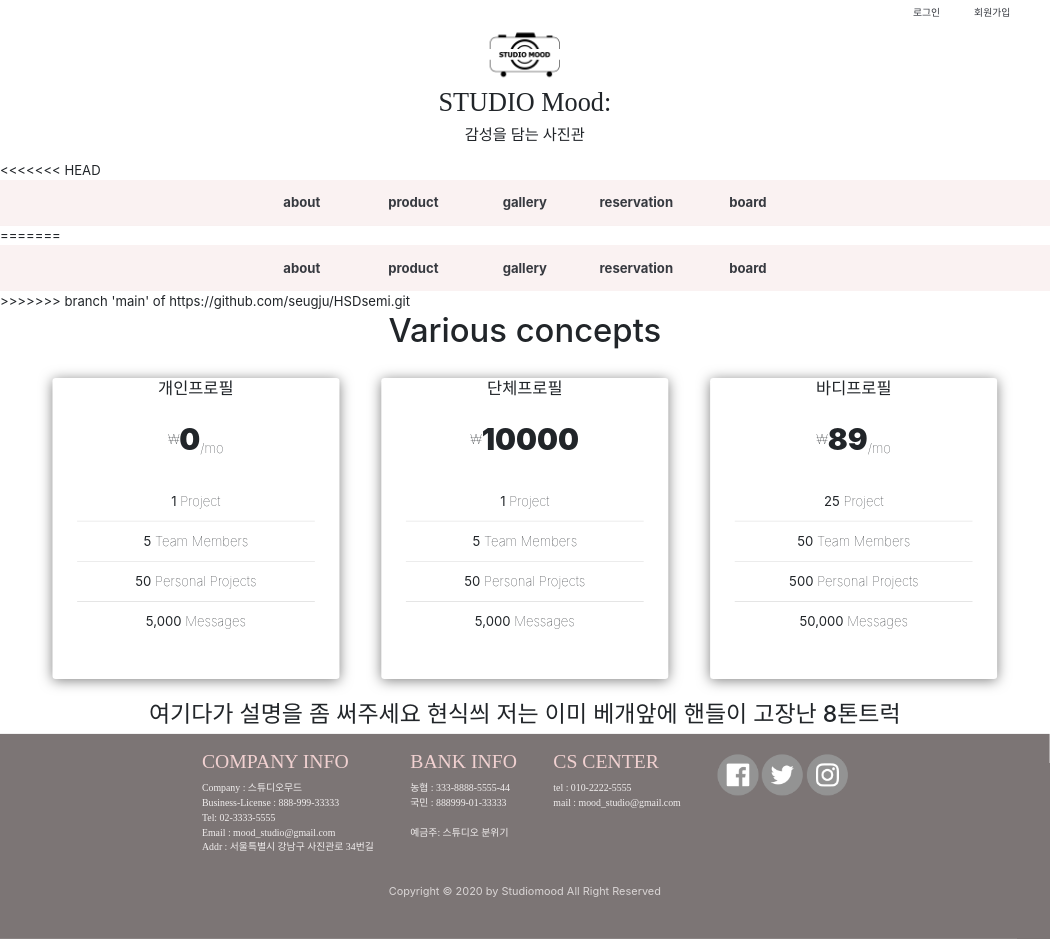
Repository: seugju/HSDsemi
Page: http://localhost/studioMood/views/product/productTest.jsp
These files come from the project's save history. The page is drawn as it stood at one moment and after the next save; the edit follows.
The browser window is 1280 px wide. The pictures show the whole page, at 82% of full size.
Some web fonts or font styles are not loaded; a fallback is used. The page is served by Tomcat 9.

Above is the page before, as saved 2020-12-02 16:40:07.

After the next save:
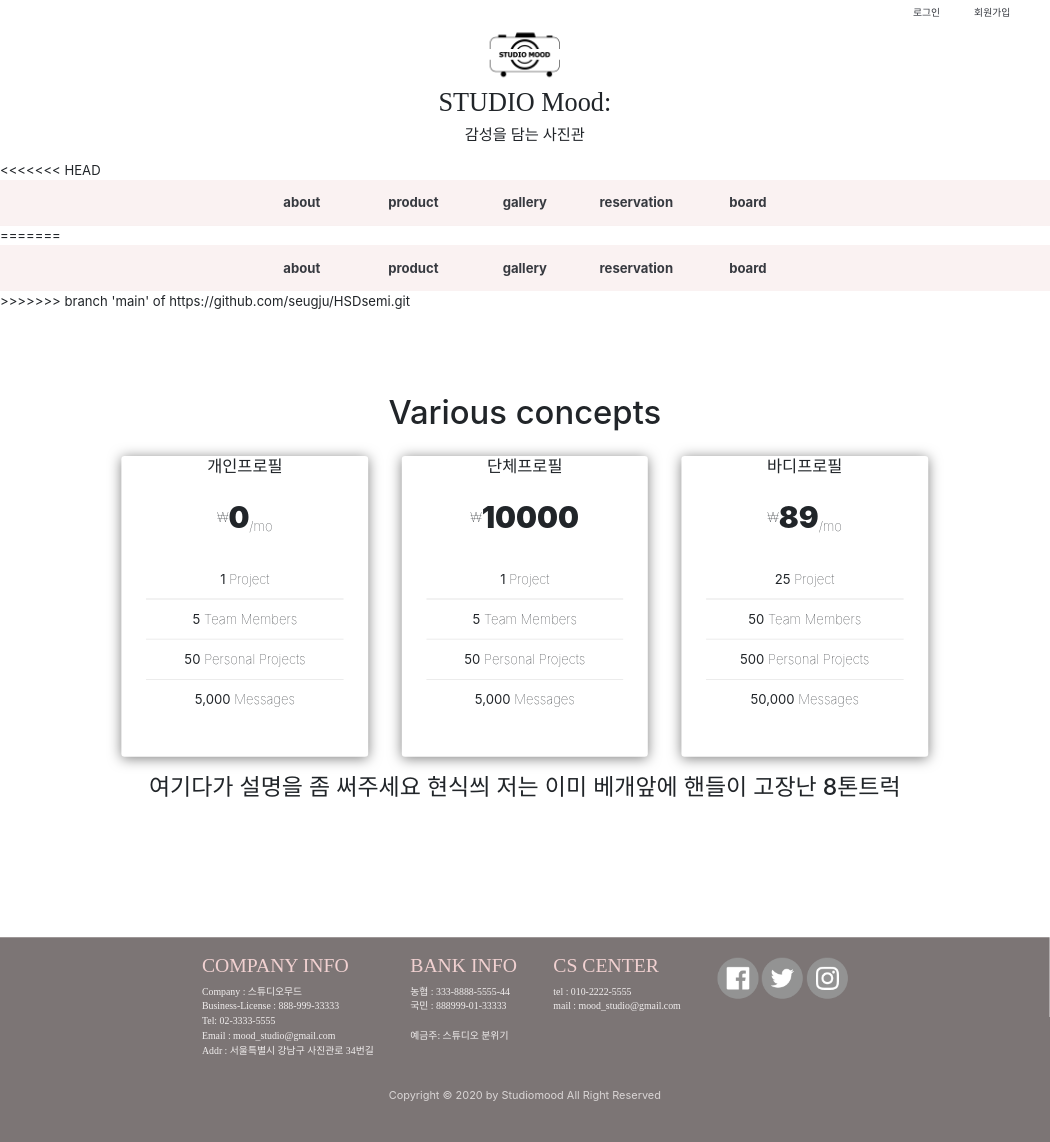
Saved 17 s later.
--- a/project-workspace/studioMood/WebContent/views/product/productTest.jsp
+++ b/project-workspace/studioMood/WebContent/views/product/productTest.jsp
@@ -80,6 +80,22 @@
 	background-color: #ffffff;
 	color: #000;
 }
+.explain-product{
+	width:100%;
+	height:100px;
+	text-align:center;
+}
+
+.explain-content{
+	width:80vw;
+	height:auto;
+	padding-top:100px;
+	padding-bottom:100px;
+	margin-top:100px;
+	margin-bottom:100px;
+	margin:0 auto;
+
+}
 
 </style>
 <body>
